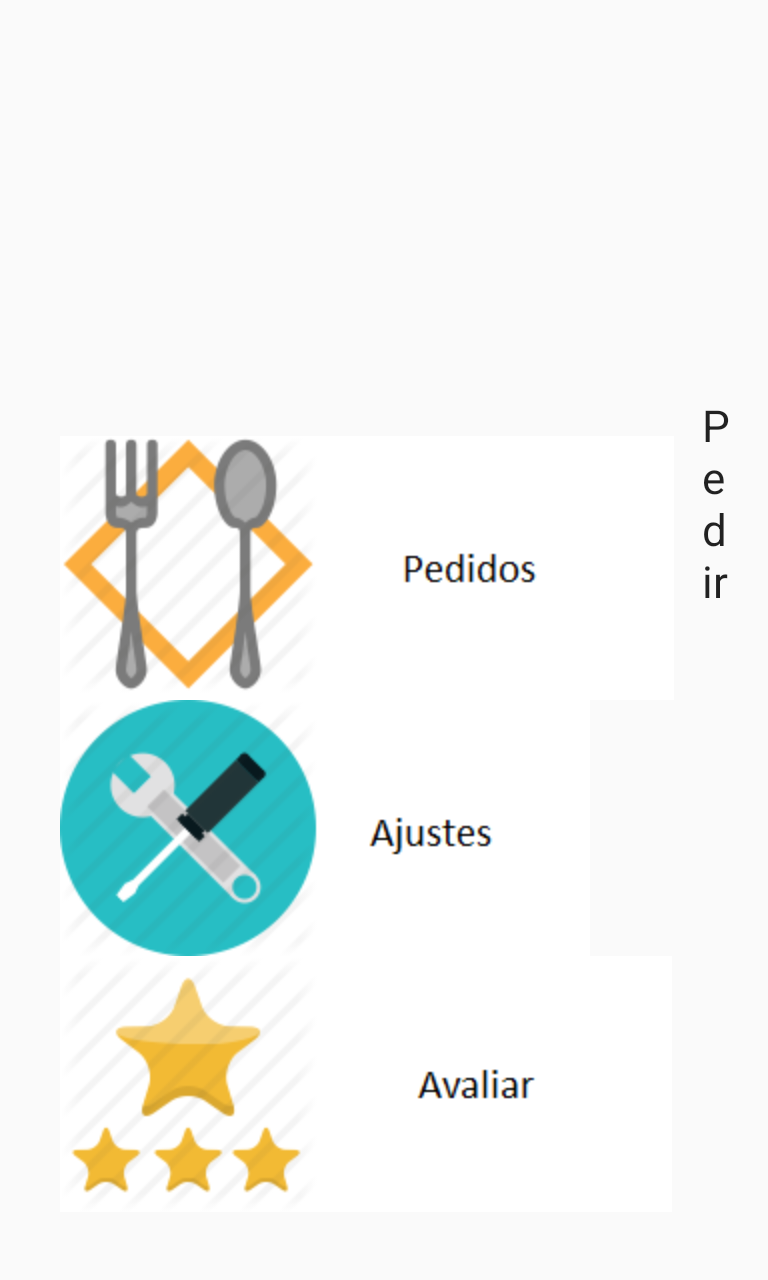
Repository: anzileiro/iot-mobilecup
Layout: iCinema/res/layout/activity_home.xml
An editor plug-in stored every save of this project. The layout is shown before and after the next save, followed by the edit.
It is drawn on a 768 x 1280 px phone screen (xhdpi) without system bars, with theme AppTheme; the app's code is not run.

Above is the layout before, as saved 2014-10-28 19:22:23.

After the next save:
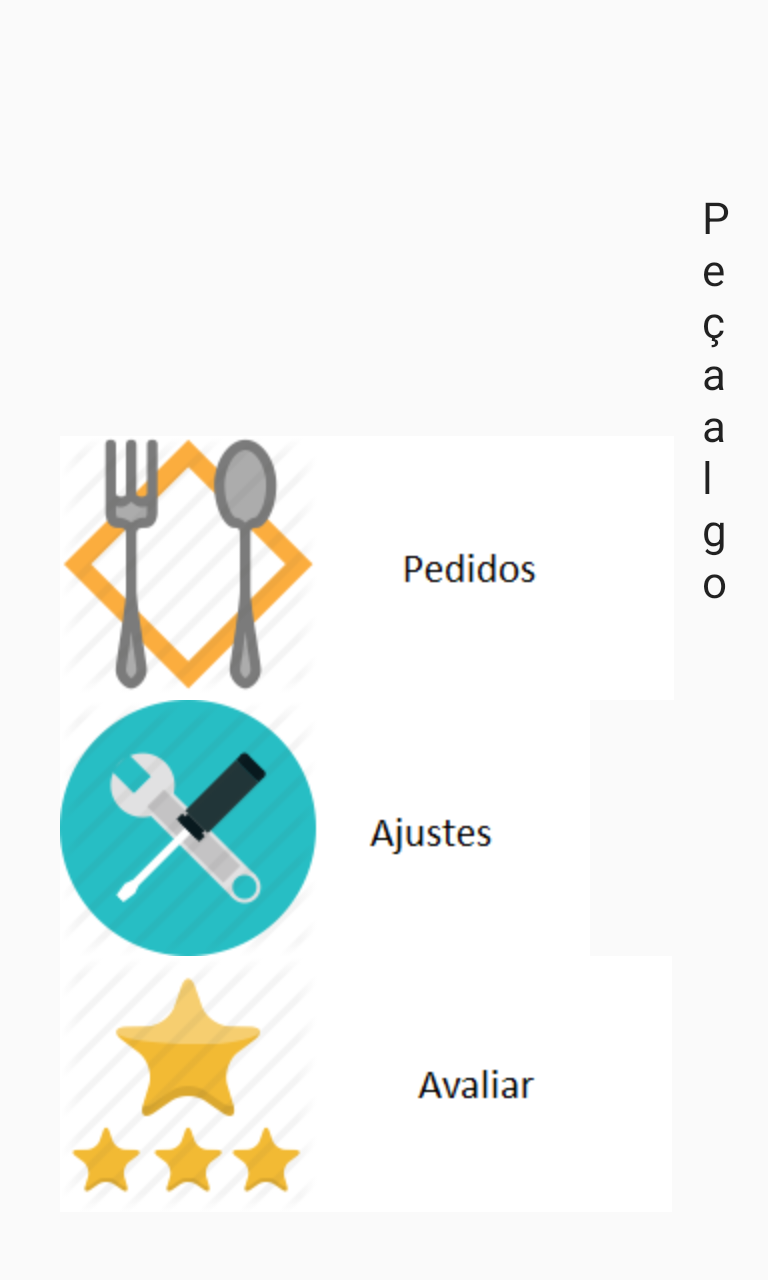
Saved 4 s later.
--- a/iCinema/res/layout/activity_home.xml
+++ b/iCinema/res/layout/activity_home.xml
@@ -42,7 +42,7 @@
         android:layout_marginBottom="45dp"
         android:layout_marginLeft="14dp"
         android:layout_toRightOf="@+id/imageView2"
-        android:text="Pedir"
+        android:text="Peça algo"
         android:textAppearance="?android:attr/textAppearanceLarge" />
 
 </RelativeLayout>
